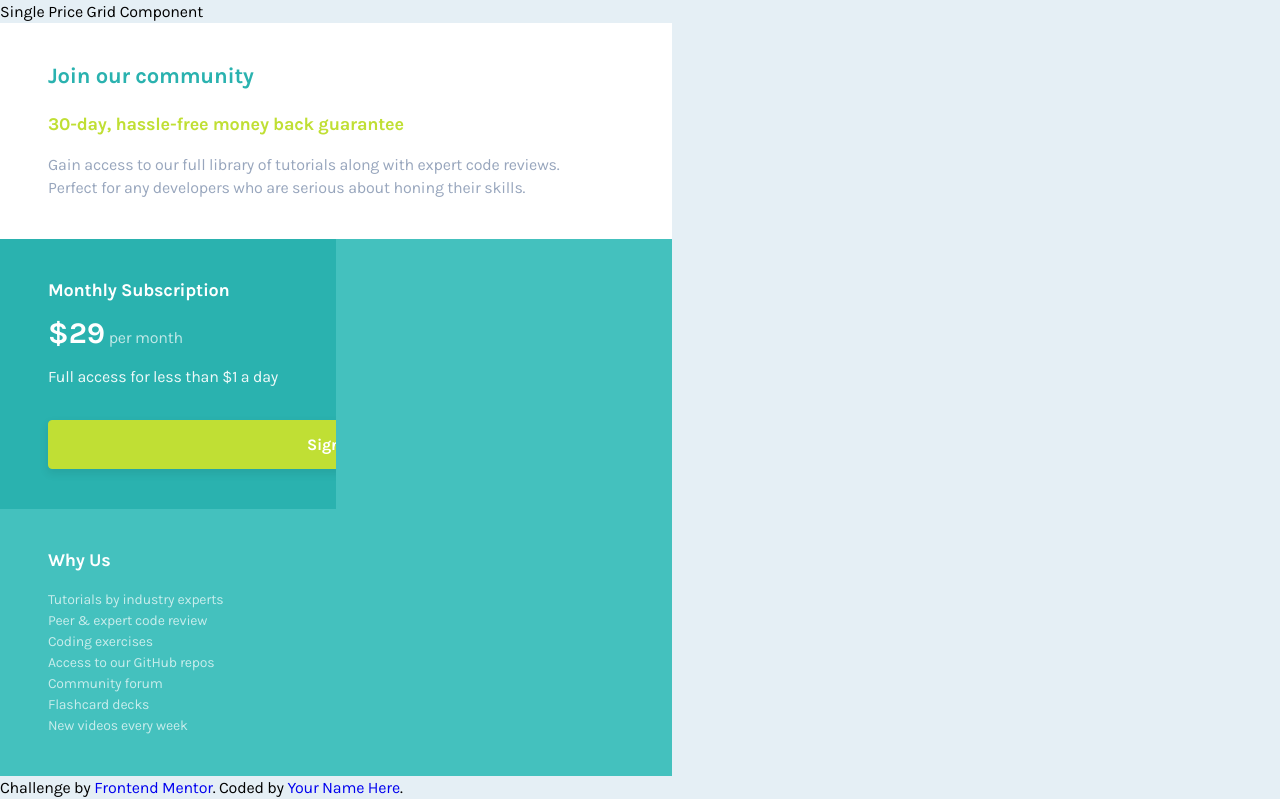
Repository: bangjuyoung/bangjuyoung
Page: practice/frontend-mentor/single-price-grid-component/index.html
An editor plug-in stored every save of this project. The page is shown before and after the next save, followed by the edit.
The browser window is 1280 px wide. The pictures show the whole page.

Above is the page before, as saved 2019-06-16 15:54:22.

After the next save:
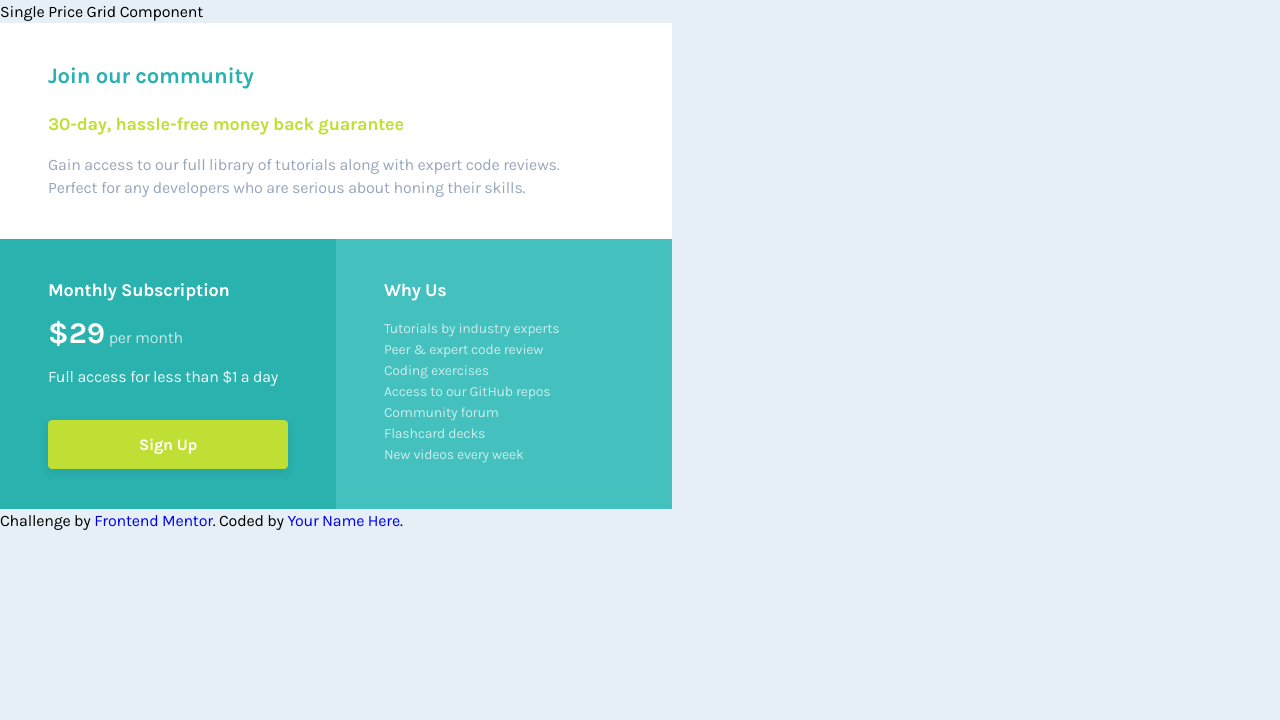
Saved 5 s later.
--- a/practice/frontend-mentor/single-price-grid-component/default.css
+++ b/practice/frontend-mentor/single-price-grid-component/default.css
@@ -101,7 +101,7 @@ body {
         clear: both;
     }
 
-    .single-price__secondary .single-price {
+    .single-price__secondary .single-price__body {
         z-index: 1;
         position: relative;
         float: left;
